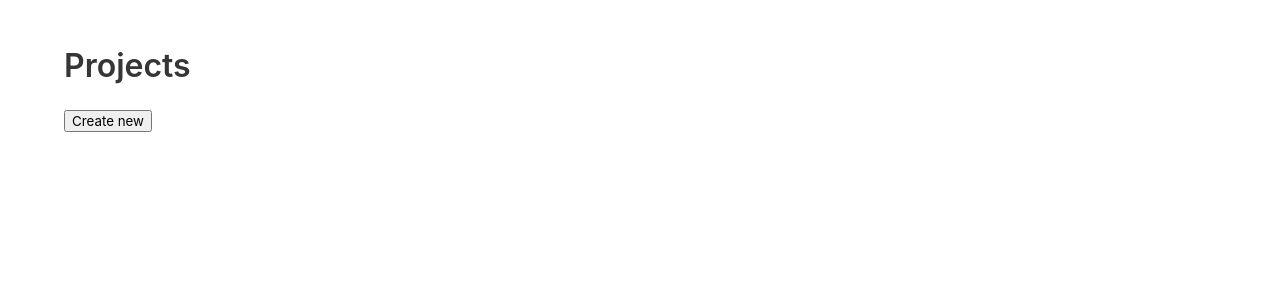
Repository: MichaelCharles/dockerized-laravel
Page: http://localhost/projects
The author's editor kept a record of every edit. The page is drawn from the files as they stood at one moment, then again after the next edit.
The browser window is 1280 px wide. The pictures show the whole page.
The page is served by the project's Laravel application, run on PHP 8.4 with Laravel 8. Other server files are loaded and not shown. Queries for data that is not in the repository find no rows.

Above is the page before.

### content/app/Http/Controllers/ProjectsController.php
<?php

namespace App\Http\Controllers;

use Illuminate\Http\Request;

use App\Project;

class ProjectsController extends Controller
{
    public function index()

    {
        $projects = Project::all();

        return view('projects.index', ['projects' => $projects]);
    }

    public function create()

    {
        $projects = Project::all();

        return view('projects.create', ['projects' => $projects]);
    }

    public function store()

    {
        request->validate([
            'title' => 'required'
            ]);

        Project::create(request('title', 'description'));

        return redirect('/projects');

    }

    public function edit(Project $project)

    {

        return view('projects.edit', compact('project'));

    }

    public function update(Project $project)

    {

        $project->title = request('title');
        $project->description = request('description');
        $project->save();
        return redirect('/projects');

    }

    public function destroy(Project $project)

    {

        $project->delete();
        return redirect('/projects');

    }

    public function show(Project $project)

    {
        return view('projects.show', compact('project'));
    }
}

### content/resources/views/projects/index.blade.php
@extends('layout')

@section('title', 'Projects Page')

@section('content')
    <h1 class="title">Projects</h1>

    <ul>
        @foreach($projects as $project)
        <ul>
            <a href="/projects/{{ $project->id }}">
            <li>
                {{ $project->title }}
            </li>
            </a>
        </ul>
        @endforeach

        <a href="/projects/create"><button>Create new</button></a>

    </ul>
@endsection

### content/resources/views/layout.blade.php
<!DOCTYPE html>

<html>
    <head>
        <title>
            @yield('title', 'Laravel')
        </title>
        <meta name="viewport" content="width=device-width, initial-scale=1">
        <link rel="stylesheet" href="https://cdnjs.cloudflare.com/ajax/libs/bulma/0.7.2/css/bulma.css">
        <style>
            body {
                padding-top: 3em;
            }
            button {
                margin-bottom: .75em;
            }
        </style>
    </head>

<body>
<div class="container">
    @yield('content')
</div>
</body>

</html>

Loaded but not shown: content/routes/web.php (common file); content/app/Http/Controllers/Controller.php (common file); content/app/Project.php (common file)

After the next edit:
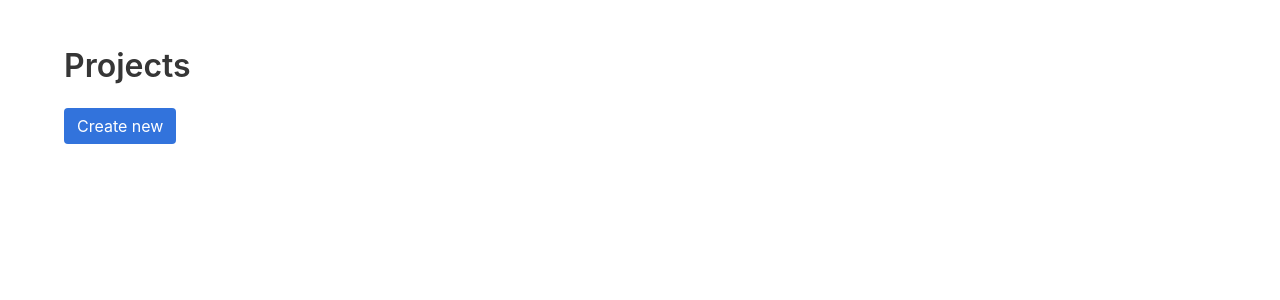
The edit:
--- a/content/resources/views/projects/index.blade.php
+++ b/content/resources/views/projects/index.blade.php
@@ -16,7 +16,7 @@
         </ul>
         @endforeach
 
-        <a href="/projects/create"><button>Create new</button></a>
+        <a href="/projects/create"><button class="button is-link">Create new</button></a>
 
     </ul>
 @endsection
